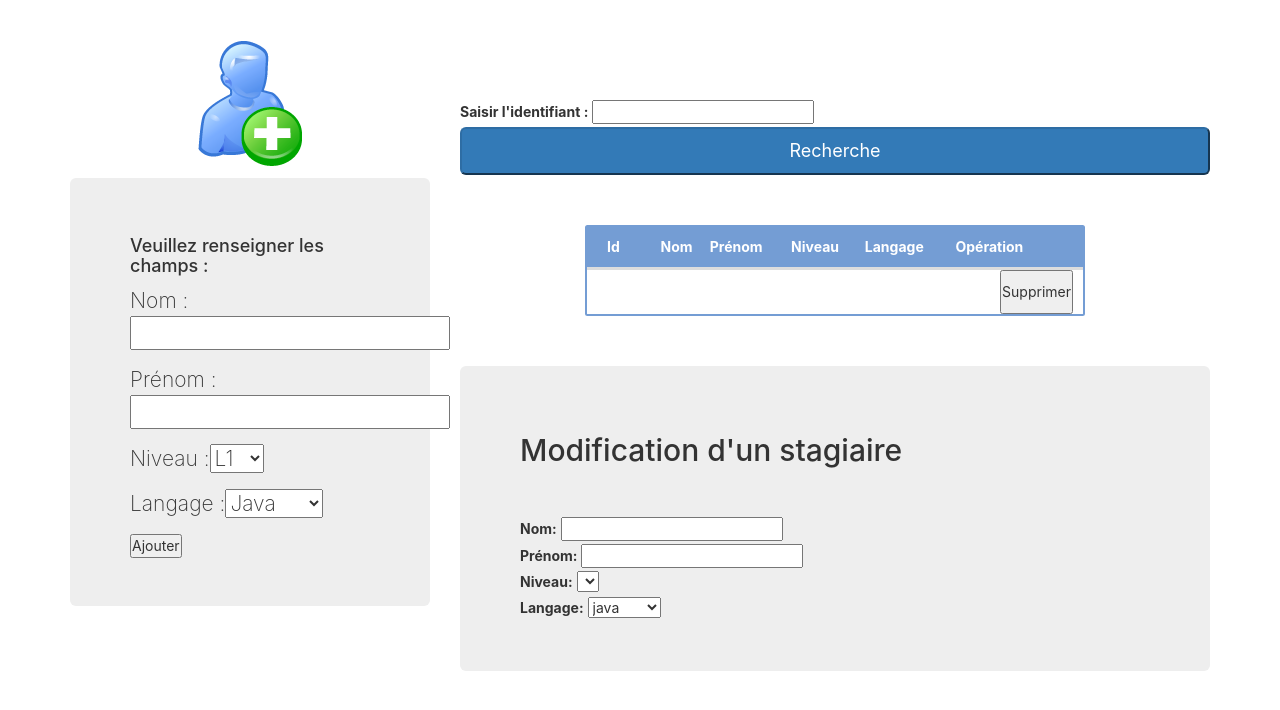
Repository: imouahrani/Gestion-des-stagiaires_JAVAEE
Page: http://localhost/Espace_Stagiaire/TraiteAjout
The author's editor kept a copy of each file at every save. The page is drawn from the files as they stood at one save, then again after the next save.
The browser window is 1280 px wide. The pictures show the whole page.
The page is served by Tomcat 9. Queries for data that is not in the repository find no rows.

Above is the page before, as saved 2018-07-26 14:42:57.

After the next save:
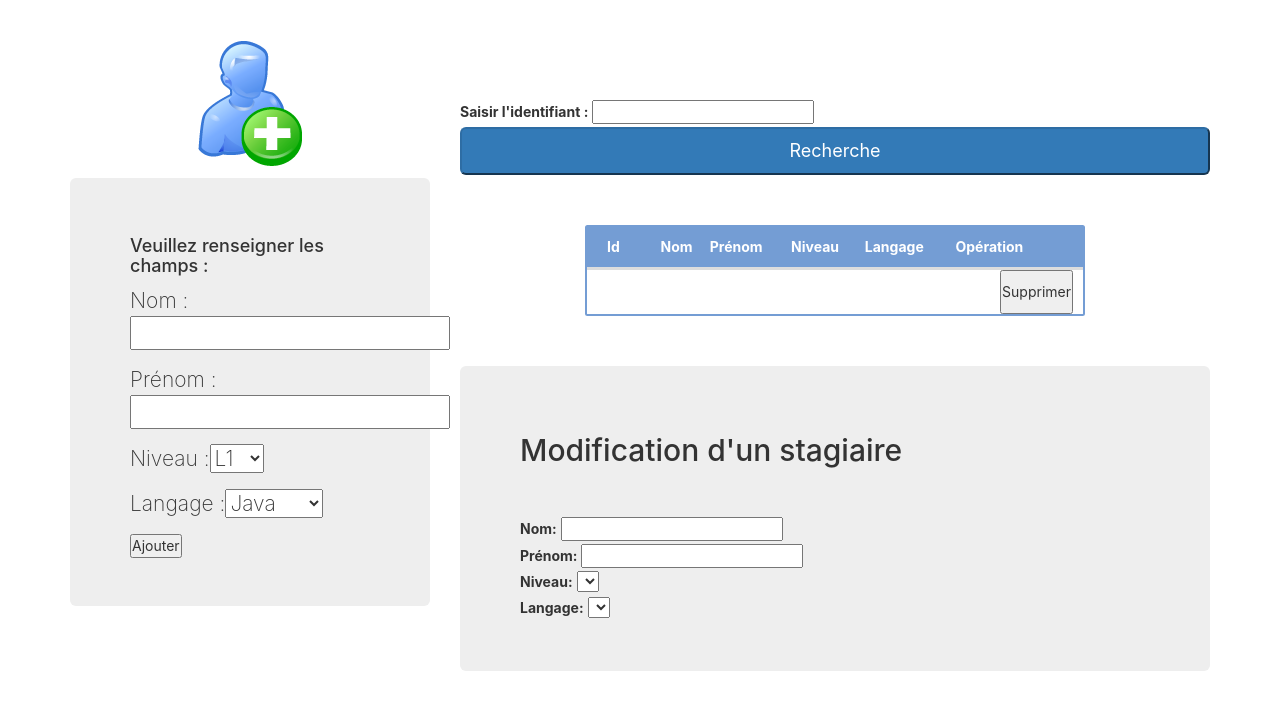
Saved 2 min 26 s later.
--- a/Formation Java Entreprise Edition/Espace Stagiaire/WebContent/AjoutStagiaire.jsp
+++ b/Formation Java Entreprise Edition/Espace Stagiaire/WebContent/AjoutStagiaire.jsp
@@ -183,9 +183,14 @@
 
 						 <label>Langage:</label>
 						<select type="text" name="langage" value ="${i.langage }">
+						<c:if test="${i.langage =='java' }">
 						<option>java</option>
 						<option>android</option>
 						<option>javaee</option>
+						<option selected="selected">java</option>
+
+
+						</c:if>
 						</select><br>
 
 
